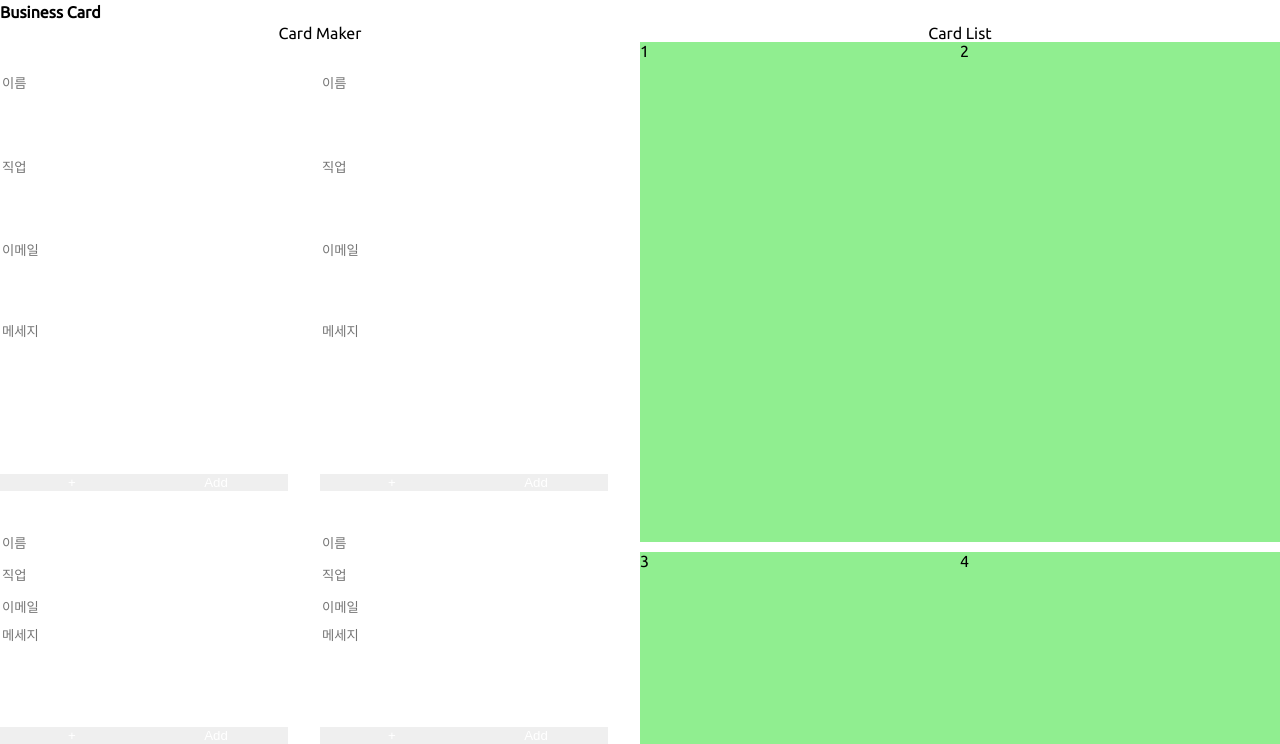
Repository: momo0170/react_businesscard
Page: /main
An editor plug-in stored every save of this project. The page is shown before and after the next save, followed by the edit.
The browser window is 1280 px wide. The pictures show the whole page.
The page's requests for data from a server got no answer. The project was rebuilt for these pictures with package versions that can differ from the ones it lists, and the page was loaded fresh each time. No one was signed in, and anything a server would have sent is missing. Also part of the build but not shown: src/css/login.module.css, src/route/login.jsx.

Above is the page before, as saved 2022-08-14 21:51:51.

After the next save:
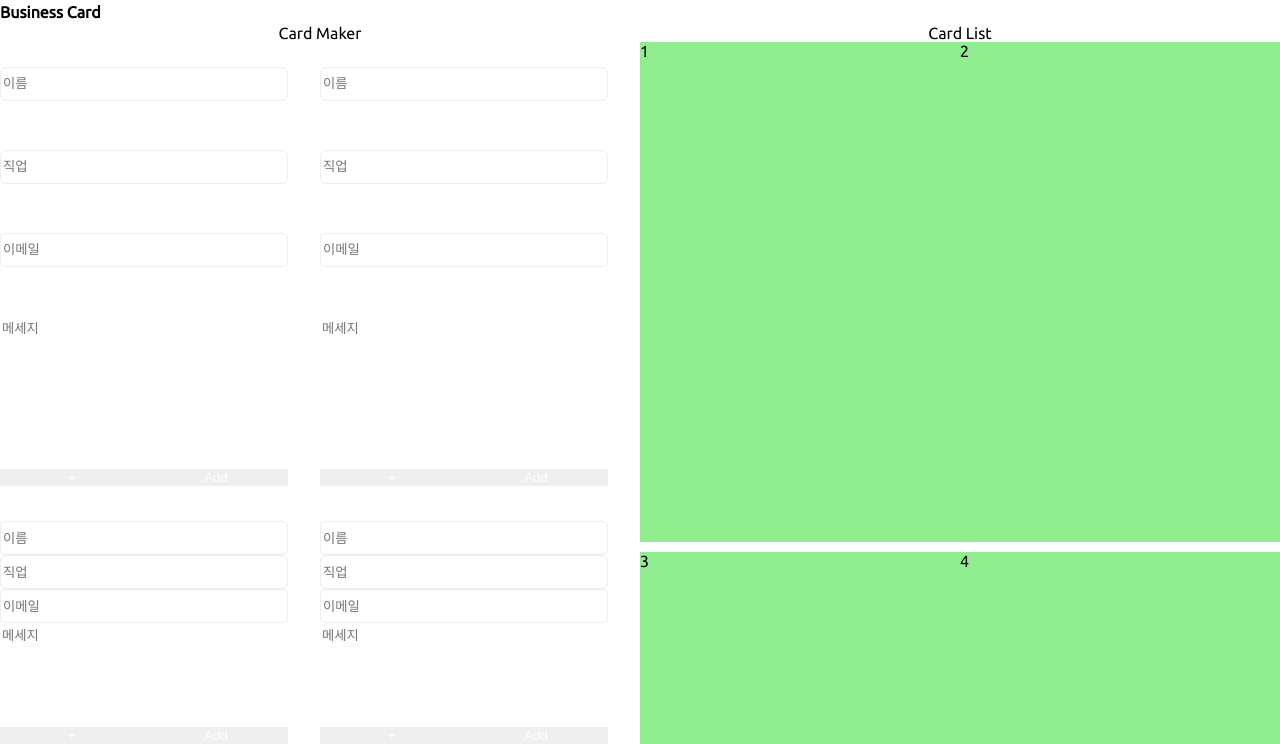
Saved 47 s later.
--- a/src/css/cardMaker.module.css
+++ b/src/css/cardMaker.module.css
@@ -14,7 +14,7 @@
 input {
   margin: 0 marginNormal;
   margin-top: marginNormal;
-  border: 0;
+  border: 1px solid #eeeeee;
   border-radius: 6px;
   padding-left: paddingLow;
 }
